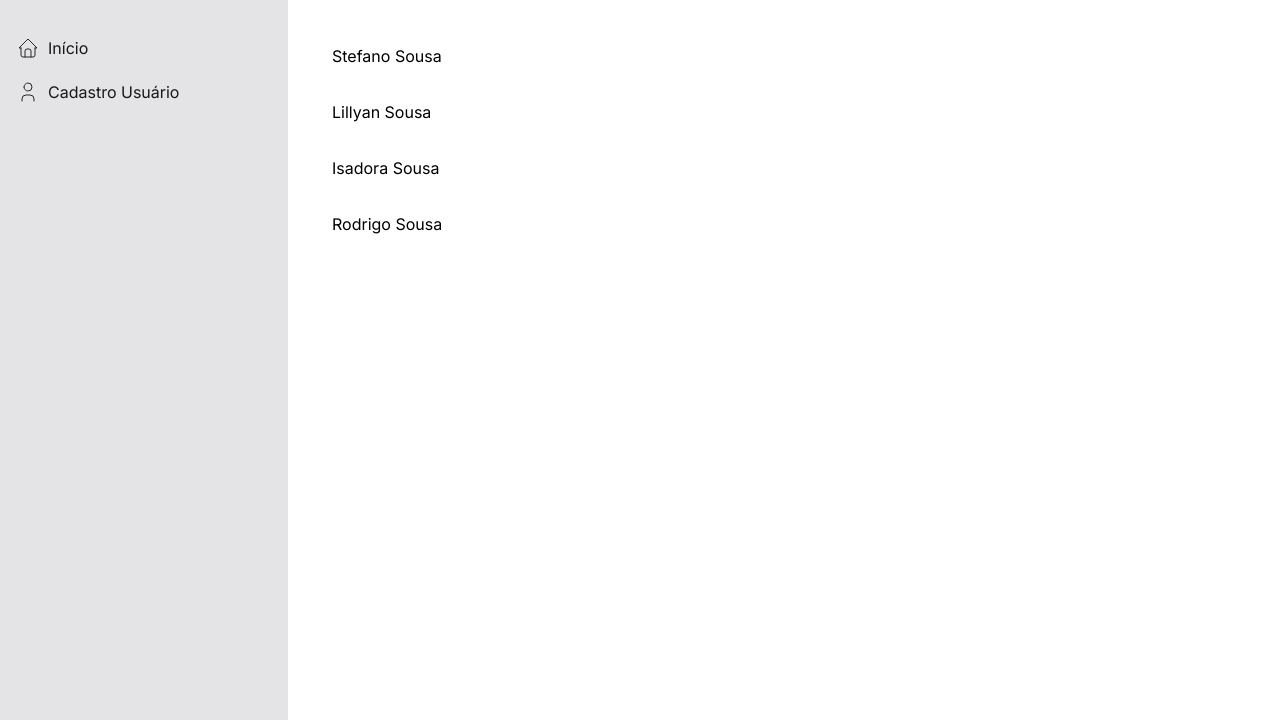
Repository: stefanosousaa/app-bd
Page: /usuarios
The author's editor kept a copy of each file at every save. The page is drawn from the files as they stood at one save, then again after the next save.
The browser window is 1280 px wide. The pictures show the whole page.
The project was rebuilt for these pictures with package versions that can differ from the ones it lists, and the page was loaded fresh each time. The framework's server and built-in components were replaced by stand-ins that run in the browser. Also part of the build but not shown: next.config.mjs.

Above is the page before, as saved 2024-05-25 23:31:55.

### src/app/(internas)/usuarios/page.tsx
import Pagina from "@/app/components/template/Pagina";
import ListaUsuario from "@/app/components/usuario/ListaUsuario";


export default function Page(){
    return(
        <Pagina>
           <ListaUsuario/>
        </Pagina>
    )
}

### src/app/components/template/Pagina.tsx
import Menu from "./Menu"

export interface PaginaProps {
    children: any
}

export default function Pagina(props: PaginaProps){
    return (
     <div className="flex ">
        <Menu/>
        <main className="flex-1 p-7">{props.children}</main>

    </div>
    )

}

### src/app/components/usuario/ListaUsuario.tsx

import { Usuario } from '@/core/model/Usuario'
import usuarios from '../../data/constants/usuarios'
import LinhaUsuario from './LinhaUsuario'

export default function ListaUsuario(){
    return(
        <div className="flex flex-col">
            {usuarios.map((usuario: Usuario) => {
                return <LinhaUsuario key={usuario.id} usuario={usuario}/>
            })}

        </div>
    )
}

### src/app/components/template/Menu.tsx
import { IconHome, IconUser } from "@tabler/icons-react"
import Link from "next/link"
import MenuItem from "./MenuItem"



export default function Menu(){
    return (
    <aside className="w-72 bg-zinc-200 h-screen">
         <nav className="flex flex-col gap-1 py-7">
            <MenuItem icone={IconHome} texto="Início" url="/" />
            <MenuItem icone={IconUser} texto="Cadastro Usuário" url="/usuarios" />


         </nav>
    </aside>
    )
}

### src/app/data/constants/usuarios.ts
import { Usuario } from "@/core/model/Usuario";

const usuarios: Usuario [] = [
    {
        id: "1",
        email:"stefano@gmail.com",
        nome: "Stefano Sousa",
        senha:"123456"
    },
    {
        id: "2",
        email:"lillyan@gmail.com",
        nome: "Lillyan Sousa",
        senha:"123456"
    },
    {
        id: "3",
        email:"isadora@gmail.com",
        nome: "Isadora Sousa",
        senha:"123456"
    },
    {
        id: "4",
        email:"rodrigo@gmail.com",
        nome: "Rodrigo Sousa",
        senha:"123456"
    },
]

export default usuarios

### src/app/components/usuario/LinhaUsuario.tsx
import { Usuario } from "@/core/model/Usuario"

export interface LinhaUsuarioProps {
    usuario: Usuario
}

export default function LinhaUsuario(props: LinhaUsuarioProps){
    return(
        <div className="flex p-4">
            <span>{props.usuario.nome}</span>

        </div>
    )
}

### src/app/components/template/MenuItem.tsx
import Link from "next/link"
import { ElementType } from "react"

export interface MenuItemProps{
    icone: ElementType
    texto: string
    url: string
}


export default function MenuItem(props : MenuItemProps){
    return(
        <Link href={props.url} className="flex gap-2 px-4 py-2 hover:bg-white ">
            <props.icone className= "text-zinc-800" size={24} stroke={1}/>
            <span className= "text-zinc-900">{props.texto}</span>
        </Link>
    )
}

Loaded but not shown: src/app/layout.tsx (common file); src/app/globals.css (common file); tailwind.config.ts (common file)

After the next save:
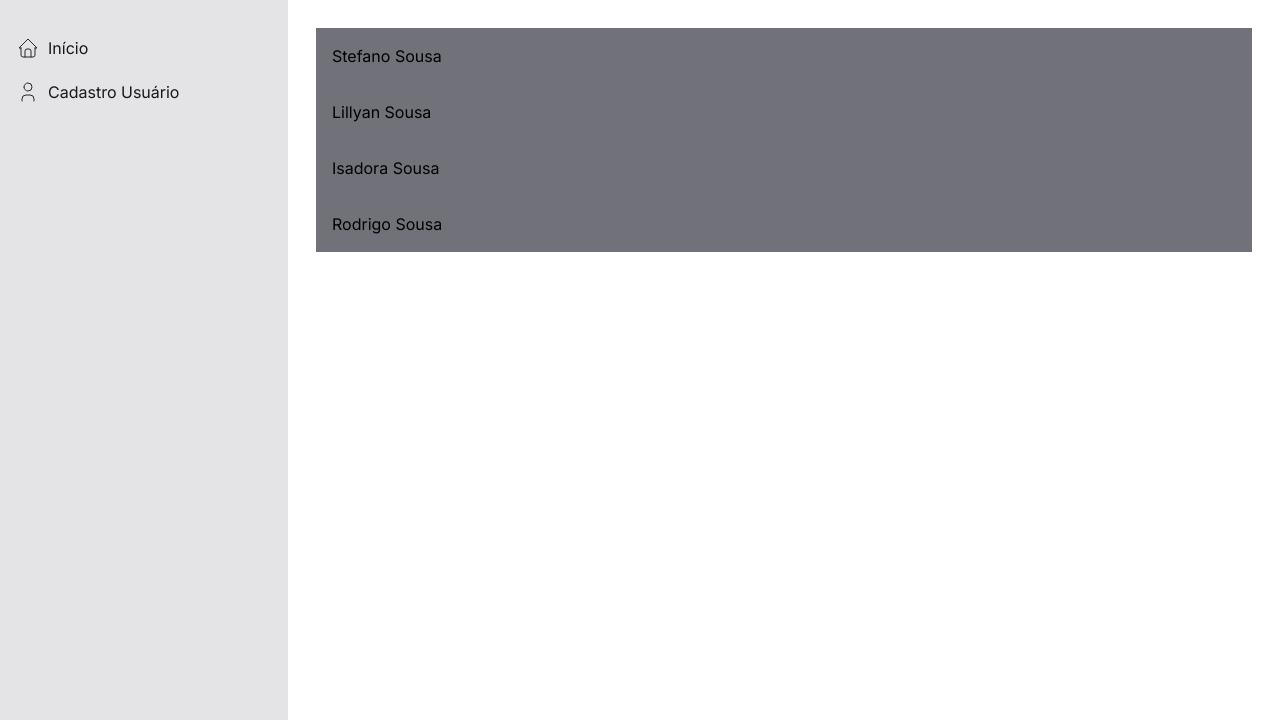
Saved 60 s later.
--- a/src/app/components/usuario/LinhaUsuario.tsx
+++ b/src/app/components/usuario/LinhaUsuario.tsx
@@ -6,7 +6,7 @@ export interface LinhaUsuarioProps {
 
 export default function LinhaUsuario(props: LinhaUsuarioProps){
     return(
-        <div className="flex p-4">
+        <div className="flex p-4 bg-zinc-500">
             <span>{props.usuario.nome}</span>
 
         </div>
